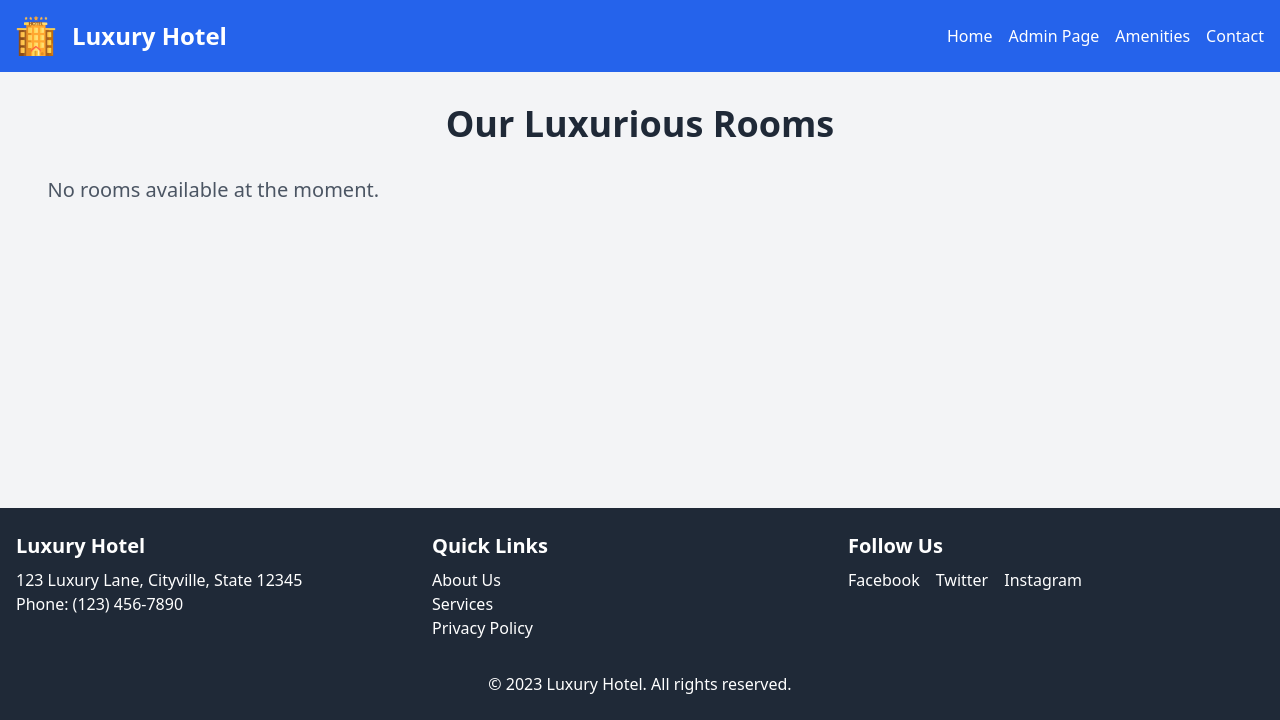
Repository: LeTiepTuyen/hw4_hotel_admin_letieptuyen
Page: index.html
An editor plug-in stored every save of this project. The page is shown before and after the next save, followed by the edit.
The browser window is 1280 px wide. The pictures show the whole page.
Some web libraries are served in a nearby version.

Above is the page before, as saved 2024-10-03 19:59:59.

### index.html
<!DOCTYPE html>
<html lang="en">
  <head>
    <meta charset="UTF-8" />
    <meta name="viewport" content="width=device-width, initial-scale=1.0" />
    <title>Luxury Hotel</title>
    <script src="https://cdn.tailwindcss.com"></script>
  </head>
  <body class="bg-gray-100 flex flex-col min-h-screen">
    <header class="bg-blue-600 text-white py-4">
      <div class="container mx-auto px-4 flex justify-between items-center">
        <div class="flex items-center space-x-4">
          <img src="assets/images/logo.png" alt="Luxury Hotel Logo" class="w-10 h-10" />
          <h1 class="text-2xl font-bold">Luxury Hotel</h1>
        </div>
        <nav>
          <ul class="flex space-x-4">
            <li><a href="#" class="hover:text-blue-200">Home</a></li>
            <li><a href="pages/admin.html" class="hover:text-blue-200">Admin Page</a></li>
            <li><a href="#" class="hover:text-blue-200">Amenities</a></li>
            <li><a href="#" class="hover:text-blue-200">Contact</a></li>
          </ul>
        </nav>
      </div>
    </header>

    <main class="flex-grow">
      <div class="container mx-auto px-4 py-8">
        <h2 class="text-4xl font-bold text-center mb-8 text-gray-800">Our Luxurious Rooms</h2>
        <div id="roomList" class="grid grid-cols-1 md:grid-cols-2 lg:grid-cols-3 gap-8">
          <!-- Room cards will be dynamically inserted here -->
        </div>
      </div>
    </main>

    <footer class="bg-gray-800 text-white py-6">
      <div class="container mx-auto px-4">
        <div class="flex flex-wrap justify-between">
          <div class="w-full md:w-1/3 mb-4 md:mb-0">
            <h3 class="text-xl font-bold mb-2">Luxury Hotel</h3>
            <p>123 Luxury Lane, Cityville, State 12345</p>
            <p>Phone: (123) 456-7890</p>
          </div>
          <div class="w-full md:w-1/3 mb-4 md:mb-0">
            <h3 class="text-xl font-bold mb-2">Quick Links</h3>
            <ul>
              <li><a href="#" class="hover:text-blue-300">About Us</a></li>
              <li><a href="#" class="hover:text-blue-300">Services</a></li>
              <li><a href="#" class="hover:text-blue-300">Privacy Policy</a></li>
            </ul>
          </div>
          <div class="w-full md:w-1/3">
            <h3 class="text-xl font-bold mb-2">Follow Us</h3>
            <div class="flex space-x-4">
              <a href="#" class="hover:text-blue-300">Facebook</a>
              <a href="#" class="hover:text-blue-300">Twitter</a>
              <a href="#" class="hover:text-blue-300">Instagram</a>
            </div>
          </div>
        </div>
        <div class="mt-8 text-center">
          <p>&copy; 2023 Luxury Hotel. All rights reserved.</p>
        </div>
      </div>
    </footer>

    <script>
      // Lấy dữ liệu từ localStorage
      function getRoomsFromLocalStorage() {
        const rooms = localStorage.getItem("hotelRooms");
        return rooms ? JSON.parse(rooms) : [];
      }

      // Function to create room cards
      function createRoomCard(room) {
        const card = document.createElement("div");
        card.className =
          "bg-white rounded-lg shadow-md overflow-hidden transition-transform duration-300 hover:scale-105 focus-within:ring-2 focus-within:ring-blue-500";
        card.tabIndex = "0";
        card.innerHTML = `
        <div class="flex flex-col h-full">
          <div class="w-full h-96 overflow-hidden">
            <img src="${room.imageUrl}" alt="${room.name}" class="w-full h-full object-cover">
          </div>
          <div class="p-6 flex-1 flex flex-col justify-between">
            <div>
              <h2 class="text-2xl font-semibold mb-2 text-gray-800">${room.name}</h2>
              <p class="text-gray-600 mb-4">${room.description}</p>
            </div>
            <div class="flex justify-center space-x-4 mt-4">
              <a href="pages/detail.html?id=${room.id}" class="bg-blue-500 text-white px-6 py-3 rounded-md font-medium hover:bg-blue-600 transition-colors duration-300">View Details</a>
              <button class="bg-green-500 text-white px-6 py-3 rounded-md font-medium hover:bg-green-600 transition-colors duration-300" aria-label="Book ${room.name}">Book Now</button>
            </div>
          </div>
        </div>
`;

        return card;
      }

      // Populate room list from localStorage
      function renderHomepageRooms() {
        const roomList = document.getElementById("roomList");
        roomList.innerHTML = ""; // Xóa các phần tử cũ

        const rooms = getRoomsFromLocalStorage(); // Lấy danh sách phòng từ localStorage

        // Kiểm tra và render các phòng từ localStorage
        if (rooms.length > 0) {
          rooms.forEach((room) => {
            roomList.appendChild(createRoomCard(room));
          });
        } else {
          // Nếu không có phòng nào trong localStorage, hiển thị một thông báo
          const noRoomsMessage = document.createElement("p");
          noRoomsMessage.textContent = "No rooms available at the moment.";
          noRoomsMessage.className = "text-center text-gray-600 text-xl";
          roomList.appendChild(noRoomsMessage);
        }
      }

      // Khi page load, render dữ liệu từ localStorage
      document.addEventListener("DOMContentLoaded", renderHomepageRooms);

      // Lắng nghe sự kiện storage để cập nhật room list khi localStorage thay đổi
      window.addEventListener("storage", function (event) {
        if (event.key === "hotelRooms") {
          renderHomepageRooms();
        }
      });
    </script>
  </body>
</html>

After the next save:
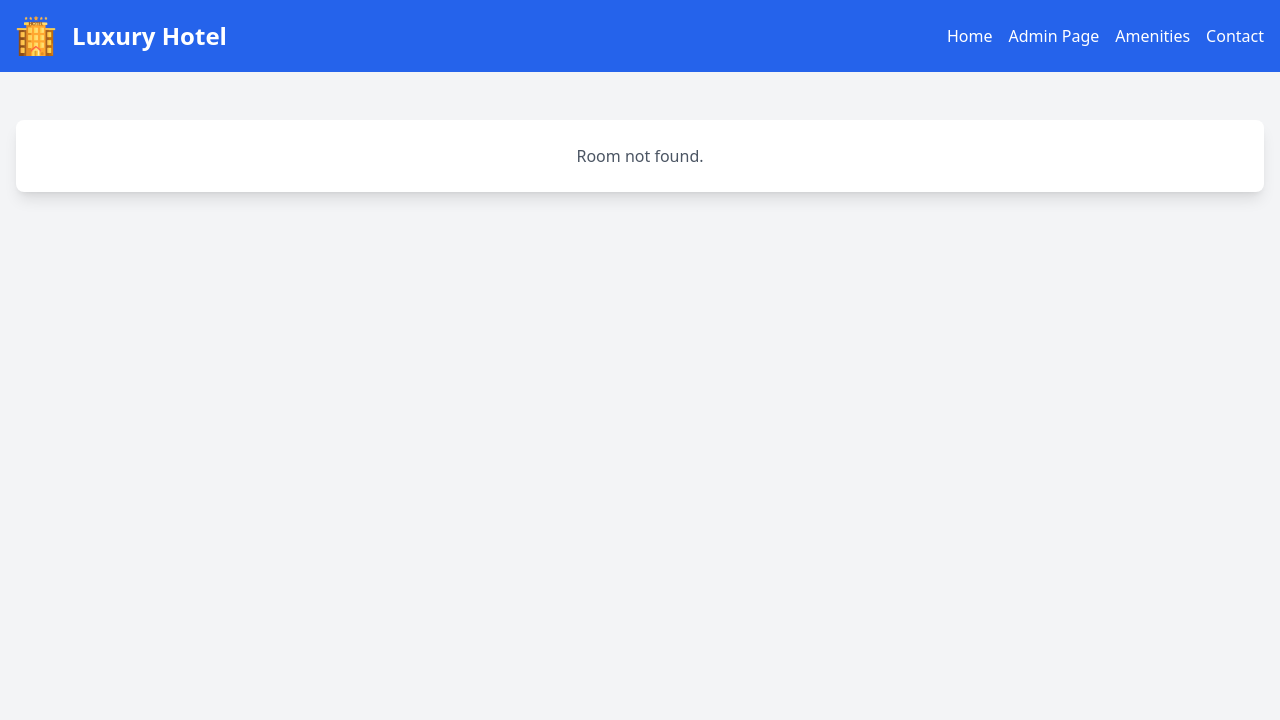
Saved 118 s later.
--- a/index.html
+++ b/index.html
@@ -3,20 +3,20 @@
   <head>
     <meta charset="UTF-8" />
     <meta name="viewport" content="width=device-width, initial-scale=1.0" />
-    <title>Luxury Hotel</title>
+    <title>Room Details</title>
     <script src="https://cdn.tailwindcss.com"></script>
   </head>
-  <body class="bg-gray-100 flex flex-col min-h-screen">
+  <body class="bg-gray-100">
     <header class="bg-blue-600 text-white py-4">
       <div class="container mx-auto px-4 flex justify-between items-center">
         <div class="flex items-center space-x-4">
-          <img src="assets/images/logo.png" alt="Luxury Hotel Logo" class="w-10 h-10" />
+          <img src="../assets/images/logo.png" alt="Luxury Hotel Logo" class="w-10 h-10" />
           <h1 class="text-2xl font-bold">Luxury Hotel</h1>
         </div>
         <nav>
           <ul class="flex space-x-4">
-            <li><a href="#" class="hover:text-blue-200">Home</a></li>
-            <li><a href="pages/admin.html" class="hover:text-blue-200">Admin Page</a></li>
+            <li><a href="../index.html" class="hover:text-blue-200">Home</a></li>
+            <li><a href="admin.html" class="hover:text-blue-200">Admin Page</a></li>
             <li><a href="#" class="hover:text-blue-200">Amenities</a></li>
             <li><a href="#" class="hover:text-blue-200">Contact</a></li>
           </ul>
@@ -24,110 +24,51 @@
       </div>
     </header>
 
-    <main class="flex-grow">
-      <div class="container mx-auto px-4 py-8">
-        <h2 class="text-4xl font-bold text-center mb-8 text-gray-800">Our Luxurious Rooms</h2>
-        <div id="roomList" class="grid grid-cols-1 md:grid-cols-2 lg:grid-cols-3 gap-8">
-          <!-- Room cards will be dynamically inserted here -->
-        </div>
+    <div class="container mx-auto mt-8 p-4">
+      <div id="room-detail" class="bg-white rounded-lg shadow-lg p-6">
+        <!-- Room details will be dynamically inserted here -->
       </div>
-    </main>
-
-    <footer class="bg-gray-800 text-white py-6">
-      <div class="container mx-auto px-4">
-        <div class="flex flex-wrap justify-between">
-          <div class="w-full md:w-1/3 mb-4 md:mb-0">
-            <h3 class="text-xl font-bold mb-2">Luxury Hotel</h3>
-            <p>123 Luxury Lane, Cityville, State 12345</p>
-            <p>Phone: (123) 456-7890</p>
-          </div>
-          <div class="w-full md:w-1/3 mb-4 md:mb-0">
-            <h3 class="text-xl font-bold mb-2">Quick Links</h3>
-            <ul>
-              <li><a href="#" class="hover:text-blue-300">About Us</a></li>
-              <li><a href="#" class="hover:text-blue-300">Services</a></li>
-              <li><a href="#" class="hover:text-blue-300">Privacy Policy</a></li>
-            </ul>
-          </div>
-          <div class="w-full md:w-1/3">
-            <h3 class="text-xl font-bold mb-2">Follow Us</h3>
-            <div class="flex space-x-4">
-              <a href="#" class="hover:text-blue-300">Facebook</a>
-              <a href="#" class="hover:text-blue-300">Twitter</a>
-              <a href="#" class="hover:text-blue-300">Instagram</a>
-            </div>
-          </div>
-        </div>
-        <div class="mt-8 text-center">
-          <p>&copy; 2023 Luxury Hotel. All rights reserved.</p>
-        </div>
-      </div>
-    </footer>
+    </div>
 
     <script>
-      // Lấy dữ liệu từ localStorage
-      function getRoomsFromLocalStorage() {
-        const rooms = localStorage.getItem("hotelRooms");
-        return rooms ? JSON.parse(rooms) : [];
+      // Lấy room ID từ URL
+      const params = new URLSearchParams(window.location.search);
+      const roomId = params.get("id");
+
+      // Function để lấy dữ liệu của phòng từ localStorage dựa trên roomId
+      function getRoomDetails(roomId) {
+        const rooms = JSON.parse(localStorage.getItem("hotelRooms")) || [];
+        return rooms.find((room) => room.id === roomId);
       }
 
-      // Function to create room cards
-      function createRoomCard(room) {
-        const card = document.createElement("div");
-        card.className =
-          "bg-white rounded-lg shadow-md overflow-hidden transition-transform duration-300 hover:scale-105 focus-within:ring-2 focus-within:ring-blue-500";
-        card.tabIndex = "0";
-        card.innerHTML = `
-        <div class="flex flex-col h-full">
-          <div class="w-full h-96 overflow-hidden">
-            <img src="${room.imageUrl}" alt="${room.name}" class="w-full h-full object-cover">
-          </div>
-          <div class="p-6 flex-1 flex flex-col justify-between">
-            <div>
-              <h2 class="text-2xl font-semibold mb-2 text-gray-800">${room.name}</h2>
-              <p class="text-gray-600 mb-4">${room.description}</p>
+      // Hiển thị thông tin chi tiết của phòng
+      function renderRoomDetails() {
+        const roomDetailDiv = document.getElementById("room-detail");
+        const room = getRoomDetails(roomId);
+
+        if (room) {
+          roomDetailDiv.innerHTML = `
+            <div class="grid grid-cols-1 md:grid-cols-2 gap-6">
+              <div>
+                <img src="${room.imageUrl}" alt="${room.name}" class="w-full h-80 object-cover rounded-lg shadow-md">
+              </div>
+              <div class="flex flex-col justify-between">
+                <div>
+                  <h2 class="text-3xl font-bold text-gray-800">${room.name}</h2>
+                  <p class="text-gray-600 mt-4">${room.description}</p>
+                  <p class="text-2xl text-blue-600 mt-4">${room.price.toLocaleString()}₫</p>
+                </div>
+                <button class="bg-blue-500 text-white px-6 py-3 rounded-lg mt-6 hover:bg-blue-600 transition-colors">Book Now</button>
+              </div>
             </div>
-            <div class="flex justify-center space-x-4 mt-4">
-              <a href="pages/detail.html?id=${room.id}" class="bg-blue-500 text-white px-6 py-3 rounded-md font-medium hover:bg-blue-600 transition-colors duration-300">View Details</a>
-              <button class="bg-green-500 text-white px-6 py-3 rounded-md font-medium hover:bg-green-600 transition-colors duration-300" aria-label="Book ${room.name}">Book Now</button>
-            </div>
-          </div>
-        </div>
-`;
-
-        return card;
-      }
-
-      // Populate room list from localStorage
-      function renderHomepageRooms() {
-        const roomList = document.getElementById("roomList");
-        roomList.innerHTML = ""; // Xóa các phần tử cũ
-
-        const rooms = getRoomsFromLocalStorage(); // Lấy danh sách phòng từ localStorage
-
-        // Kiểm tra và render các phòng từ localStorage
-        if (rooms.length > 0) {
-          rooms.forEach((room) => {
-            roomList.appendChild(createRoomCard(room));
-          });
+          `;
         } else {
-          // Nếu không có phòng nào trong localStorage, hiển thị một thông báo
-          const noRoomsMessage = document.createElement("p");
-          noRoomsMessage.textContent = "No rooms available at the moment.";
-          noRoomsMessage.className = "text-center text-gray-600 text-xl";
-          roomList.appendChild(noRoomsMessage);
+          roomDetailDiv.innerHTML = "<p class='text-center text-gray-600'>Room not found.</p>";
         }
       }
 
-      // Khi page load, render dữ liệu từ localStorage
-      document.addEventListener("DOMContentLoaded", renderHomepageRooms);
-
-      // Lắng nghe sự kiện storage để cập nhật room list khi localStorage thay đổi
-      window.addEventListener("storage", function (event) {
-        if (event.key === "hotelRooms") {
-          renderHomepageRooms();
-        }
-      });
+      // Khi trang được load, hiển thị chi tiết phòng
+      document.addEventListener("DOMContentLoaded", renderRoomDetails);
     </script>
   </body>
 </html>

After the save that followed:
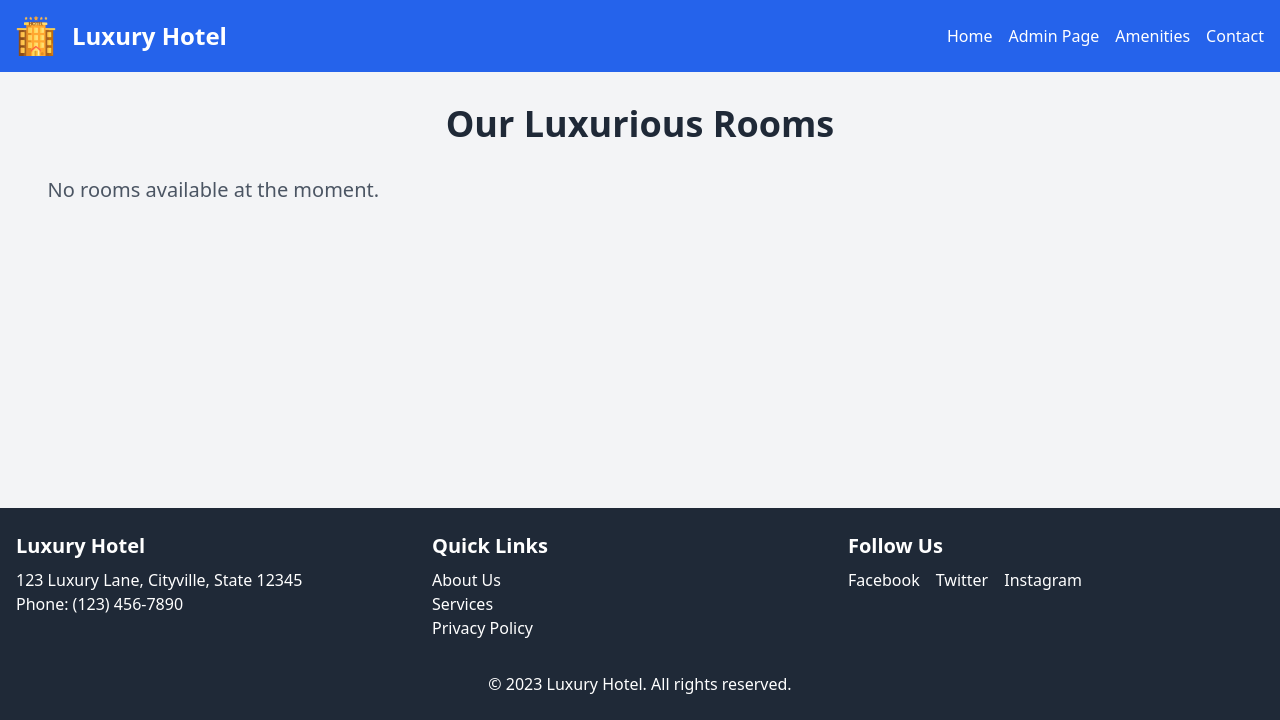
Saved 39 s later.
--- a/index.html
+++ b/index.html
@@ -3,20 +3,20 @@
   <head>
     <meta charset="UTF-8" />
     <meta name="viewport" content="width=device-width, initial-scale=1.0" />
-    <title>Room Details</title>
+    <title>Luxury Hotel</title>
     <script src="https://cdn.tailwindcss.com"></script>
   </head>
-  <body class="bg-gray-100">
+  <body class="bg-gray-100 flex flex-col min-h-screen">
     <header class="bg-blue-600 text-white py-4">
       <div class="container mx-auto px-4 flex justify-between items-center">
         <div class="flex items-center space-x-4">
-          <img src="../assets/images/logo.png" alt="Luxury Hotel Logo" class="w-10 h-10" />
+          <img src="assets/images/logo.png" alt="Luxury Hotel Logo" class="w-10 h-10" />
           <h1 class="text-2xl font-bold">Luxury Hotel</h1>
         </div>
         <nav>
           <ul class="flex space-x-4">
-            <li><a href="../index.html" class="hover:text-blue-200">Home</a></li>
-            <li><a href="admin.html" class="hover:text-blue-200">Admin Page</a></li>
+            <li><a href="#" class="hover:text-blue-200">Home</a></li>
+            <li><a href="pages/admin.html" class="hover:text-blue-200">Admin Page</a></li>
             <li><a href="#" class="hover:text-blue-200">Amenities</a></li>
             <li><a href="#" class="hover:text-blue-200">Contact</a></li>
           </ul>
@@ -24,51 +24,110 @@
       </div>
     </header>
 
-    <div class="container mx-auto mt-8 p-4">
-      <div id="room-detail" class="bg-white rounded-lg shadow-lg p-6">
-        <!-- Room details will be dynamically inserted here -->
+    <main class="flex-grow">
+      <div class="container mx-auto px-4 py-8">
+        <h2 class="text-4xl font-bold text-center mb-8 text-gray-800">Our Luxurious Rooms</h2>
+        <div id="roomList" class="grid grid-cols-1 md:grid-cols-2 lg:grid-cols-3 gap-8">
+          <!-- Room cards will be dynamically inserted here -->
+        </div>
       </div>
-    </div>
+    </main>
+
+    <footer class="bg-gray-800 text-white py-6">
+      <div class="container mx-auto px-4">
+        <div class="flex flex-wrap justify-between">
+          <div class="w-full md:w-1/3 mb-4 md:mb-0">
+            <h3 class="text-xl font-bold mb-2">Luxury Hotel</h3>
+            <p>123 Luxury Lane, Cityville, State 12345</p>
+            <p>Phone: (123) 456-7890</p>
+          </div>
+          <div class="w-full md:w-1/3 mb-4 md:mb-0">
+            <h3 class="text-xl font-bold mb-2">Quick Links</h3>
+            <ul>
+              <li><a href="#" class="hover:text-blue-300">About Us</a></li>
+              <li><a href="#" class="hover:text-blue-300">Services</a></li>
+              <li><a href="#" class="hover:text-blue-300">Privacy Policy</a></li>
+            </ul>
+          </div>
+          <div class="w-full md:w-1/3">
+            <h3 class="text-xl font-bold mb-2">Follow Us</h3>
+            <div class="flex space-x-4">
+              <a href="#" class="hover:text-blue-300">Facebook</a>
+              <a href="#" class="hover:text-blue-300">Twitter</a>
+              <a href="#" class="hover:text-blue-300">Instagram</a>
+            </div>
+          </div>
+        </div>
+        <div class="mt-8 text-center">
+          <p>&copy; 2023 Luxury Hotel. All rights reserved.</p>
+        </div>
+      </div>
+    </footer>
 
     <script>
-      // Lấy room ID từ URL
-      const params = new URLSearchParams(window.location.search);
-      const roomId = params.get("id");
-
-      // Function để lấy dữ liệu của phòng từ localStorage dựa trên roomId
-      function getRoomDetails(roomId) {
-        const rooms = JSON.parse(localStorage.getItem("hotelRooms")) || [];
-        return rooms.find((room) => room.id === roomId);
+      // Lấy dữ liệu từ localStorage
+      function getRoomsFromLocalStorage() {
+        const rooms = localStorage.getItem("hotelRooms");
+        return rooms ? JSON.parse(rooms) : [];
       }
 
-      // Hiển thị thông tin chi tiết của phòng
-      function renderRoomDetails() {
-        const roomDetailDiv = document.getElementById("room-detail");
-        const room = getRoomDetails(roomId);
+      // Function to create room cards
+      function createRoomCard(room) {
+        const card = document.createElement("div");
+        card.className =
+          "bg-white rounded-lg shadow-md overflow-hidden transition-transform duration-300 hover:scale-105 focus-within:ring-2 focus-within:ring-blue-500";
+        card.tabIndex = "0";
+        card.innerHTML = `
+        <div class="flex flex-col h-full">
+          <div class="w-full h-96 overflow-hidden">
+            <img src="${room.imageUrl}" alt="${room.name}" class="w-full h-full object-cover">
+          </div>
+          <div class="p-6 flex-1 flex flex-col justify-between">
+            <div>
+              <h2 class="text-2xl font-semibold mb-2 text-gray-800">${room.name}</h2>
+              <p class="text-gray-600 mb-4">${room.description}</p>
+            </div>
+            <div class="flex justify-center space-x-4 mt-4">
+              <a href="pages/detail.html?id=${room.id}" class="bg-blue-500 text-white px-6 py-3 rounded-md font-medium hover:bg-blue-600 transition-colors duration-300">View Details</a>
+              <button class="bg-green-500 text-white px-6 py-3 rounded-md font-medium hover:bg-green-600 transition-colors duration-300" aria-label="Book ${room.name}">Book Now</button>
+            </div>
+          </div>
+        </div>
+`;
 
-        if (room) {
-          roomDetailDiv.innerHTML = `
-            <div class="grid grid-cols-1 md:grid-cols-2 gap-6">
-              <div>
-                <img src="${room.imageUrl}" alt="${room.name}" class="w-full h-80 object-cover rounded-lg shadow-md">
-              </div>
-              <div class="flex flex-col justify-between">
-                <div>
-                  <h2 class="text-3xl font-bold text-gray-800">${room.name}</h2>
-                  <p class="text-gray-600 mt-4">${room.description}</p>
-                  <p class="text-2xl text-blue-600 mt-4">${room.price.toLocaleString()}₫</p>
-                </div>
-                <button class="bg-blue-500 text-white px-6 py-3 rounded-lg mt-6 hover:bg-blue-600 transition-colors">Book Now</button>
-              </div>
-            </div>
-          `;
+        return card;
+      }
+
+      // Populate room list from localStorage
+      function renderHomepageRooms() {
+        const roomList = document.getElementById("roomList");
+        roomList.innerHTML = ""; // Xóa các phần tử cũ
+
+        const rooms = getRoomsFromLocalStorage(); // Lấy danh sách phòng từ localStorage
+
+        // Kiểm tra và render các phòng từ localStorage
+        if (rooms.length > 0) {
+          rooms.forEach((room) => {
+            roomList.appendChild(createRoomCard(room));
+          });
         } else {
-          roomDetailDiv.innerHTML = "<p class='text-center text-gray-600'>Room not found.</p>";
+          // Nếu không có phòng nào trong localStorage, hiển thị một thông báo
+          const noRoomsMessage = document.createElement("p");
+          noRoomsMessage.textContent = "No rooms available at the moment.";
+          noRoomsMessage.className = "text-center text-gray-600 text-xl";
+          roomList.appendChild(noRoomsMessage);
         }
       }
 
-      // Khi trang được load, hiển thị chi tiết phòng
-      document.addEventListener("DOMContentLoaded", renderRoomDetails);
+      // Khi page load, render dữ liệu từ localStorage
+      document.addEventListener("DOMContentLoaded", renderHomepageRooms);
+
+      // Lắng nghe sự kiện storage để cập nhật room list khi localStorage thay đổi
+      window.addEventListener("storage", function (event) {
+        if (event.key === "hotelRooms") {
+          renderHomepageRooms();
+        }
+      });
     </script>
   </body>
 </html>
